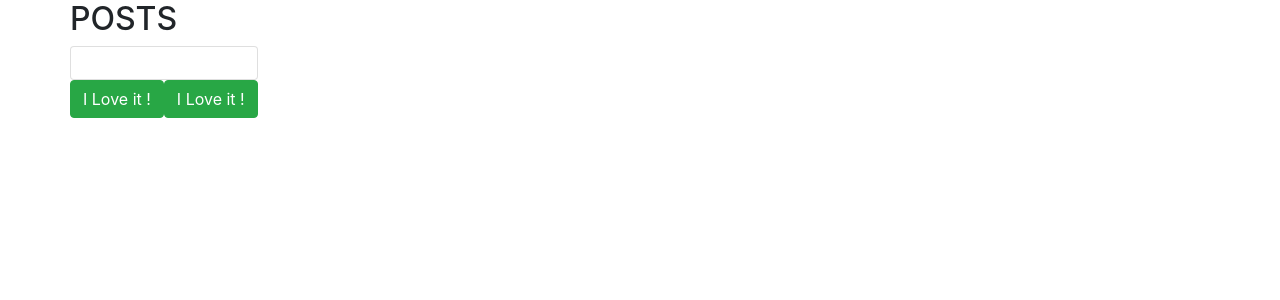
Repository: BillThePony/Ng-Blog-OC
Page: /
These files come from the project's save history. The page is drawn as it stood at one moment and after a run of saves; the edit follows.
The browser window is 1280 px wide. The pictures show the whole page.
The project was rebuilt for these pictures with package versions that can differ from the ones it lists, and the page was loaded fresh each time. Also part of the build but not shown: angular.json, src/app/post-list-item/post-list-item.component.ts.

Above is the page before, as saved 2018-10-08 15:44:02.

### src/index.html
<!doctype html>
<html lang="en">
<head>
  <meta charset="utf-8">
  <title>MonBlog</title>
  <base href="/">

  <meta name="viewport" content="width=device-width, initial-scale=1">
  <link rel="icon" type="image/x-icon" href="favicon.ico">
</head>
<body>
  <app-root></app-root>
</body>
</html>

### src/app/app.component.ts
import { Component } from "@angular/core";

@Component({
  selector: "app-root",
  templateUrl: "./app.component.html",
  styleUrls: ["./app.component.css"]
})
export class AppComponent {
  Posts = [
    {
      title: "Mon premier post",
      contenu: "Je suis une chèvre",

    },
    {
      title: "Mon deuxième post ",
      contenu: "J'aime le fromage de chèvre",
      date: ""
    },
    {
      title: "Mon troisième post",
      contenu: "Je devrais manger plus de fromage de chèvre",
      date: ""
    }
  ];

  title = "mon-blog";
}

### src/app/post-list/post-list.component.ts
import { Component, OnInit } from "@angular/core";

@Component({
  selector: "app-post-list",
  templateUrl: "./post-list.component.html",
  styleUrls: ["./post-list.component.css"]
})
export class PostListComponent implements OnInit {
  post1: {
    title: string;
    content: string;
    createdAt: Date;
    loveIts: number;
  };

  post2: {
    title: string;
    content: string;
    createdAt: Date;
    loveIts: number;
  };

  post3: {
    title: string;
    content: string;
    createdAt: Date;
    loveIts: number;
  };

  constructor() {}

  ngOnInit() {}

  getLoveIts() {

  }
}

### src/app/app.component.html
<div class="container">
  <div class="row">
    <div class="col-xs-12">
      <ul class="list-group">
        <h2>POSTS</h2>
        <app-post-list></app-post-list>
      </ul>

      <button class="btn btn-success" (click)="getLoveIts()">I Love it !</button>
      <button class="btn btn-success" (click)="getLoveIts()">I Love it !</button>
    </div>
  </div>
</div>

### src/app/post-list/post-list.component.html
<li class="list-group-item">
  <div>
    <h4>{{post1}}</h4>

    <h4>{{post2}}</h4>

    <h4>{{post3}}</h4>
  </div>
</li>

Loaded but not shown: src/styles.css (common file); src/main.ts (common file); src/app/app.module.ts (common file); src/environments/environment.ts (common file); src/app/app.component.css (no stored copy; drawn as an empty file); src/app/post-list/post-list.component.css (no stored copy; drawn as an empty file)

After the next 2 saves:
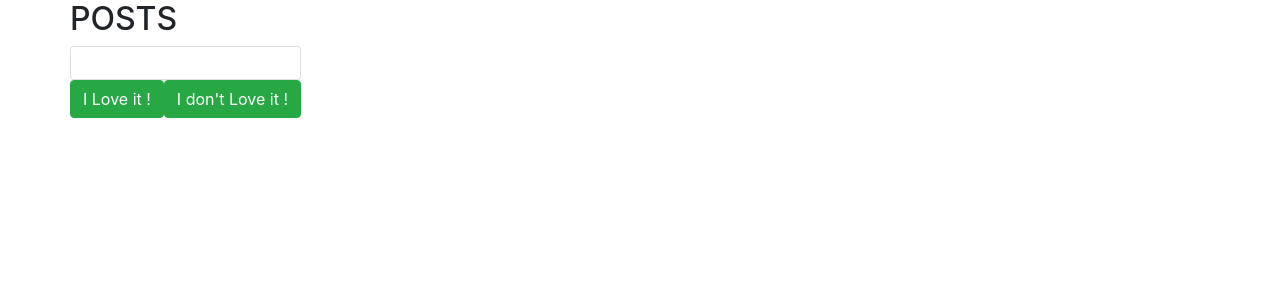
The 2 saves are shown as one change because they came seconds apart.
The last was saved 7 s later.
--- a/src/app/app.component.html
+++ b/src/app/app.component.html
@@ -7,7 +7,7 @@
       </ul>
 
       <button class="btn btn-success" (click)="getLoveIts()">I Love it !</button>
-      <button class="btn btn-success" (click)="getLoveIts()">I Love it !</button>
+      <button class="btn btn-success" (click)="getLoveIts()">I don't Love it !</button>
     </div>
   </div>
 </div>
